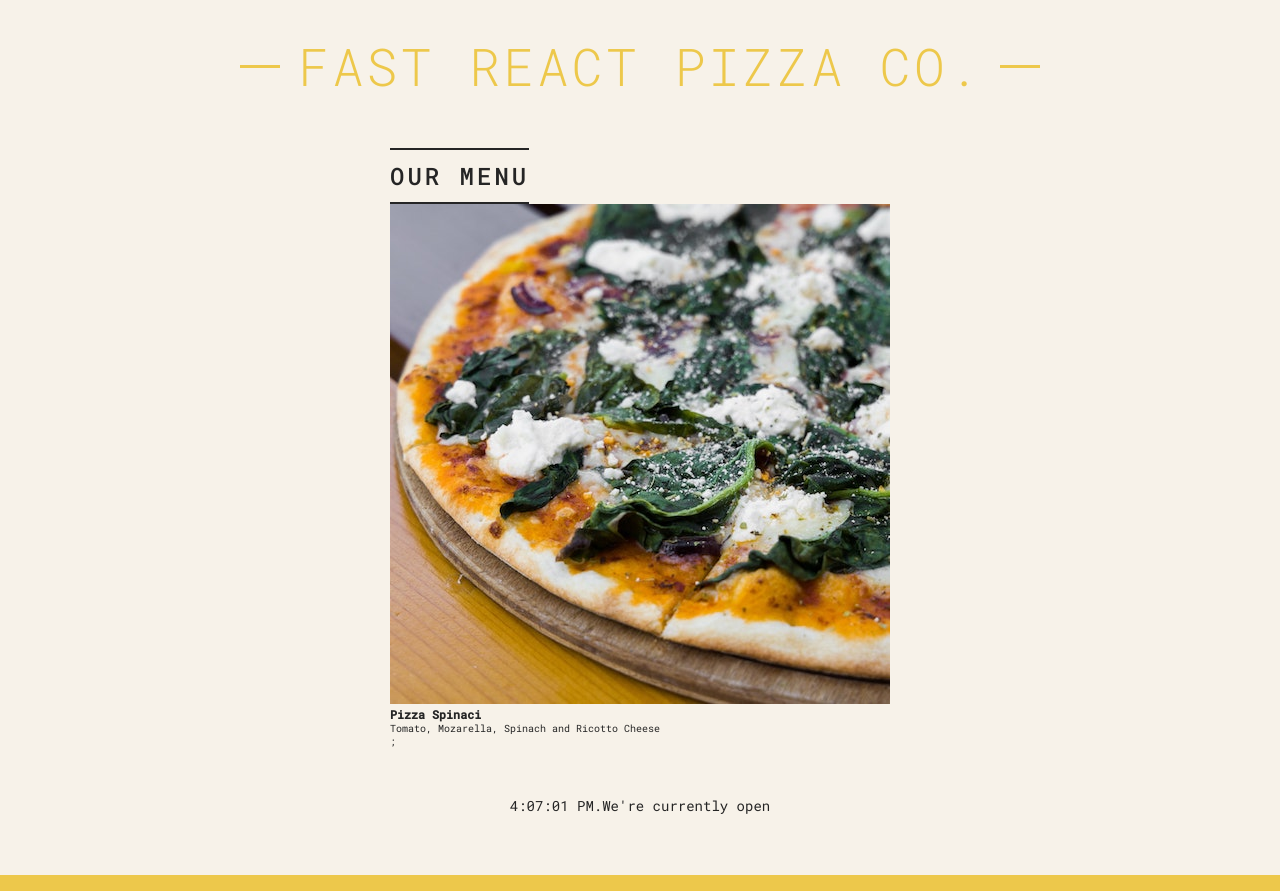
Repository: Aaryan-Poria/pizza-menu
Page: /
An editor plug-in stored every save of this project. The page is shown before and after the next save, followed by the edit.
The browser window is 1280 px wide. The pictures show the whole page.
The project was rebuilt for these pictures with package versions that can differ from the ones it lists, and the page was loaded fresh each time.

Above is the page before, as saved 2023-10-10 21:31:47.

### src/index.js
import React from "react";
import ReactDOM from "react-dom/client";
import "./index.css";

const pizzaData = [
  {
    name: "Focaccia",
    ingredients: "Bread with italian olive oil and rosemary",
    price: 6,
    photoName: "pizzas/focaccia.jpg",
    soldOut: false,
  },
  {
    name: "Pizza Margherita",
    ingredients: "Tomato and mozarella",
    price: 10,
    photoName: "pizzas/margherita.jpg",
    soldOut: false,
  },
  {
    name: "Pizza Spinaci",
    ingredients: "Tomato, mozarella, spinach, and ricotta cheese",
    price: 12,
    photoName: "pizzas/spinaci.jpg",
    soldOut: false,
  },
  {
    name: "Pizza Funghi",
    ingredients: "Tomato, mozarella, mushrooms, and onion",
    price: 12,
    photoName: "pizzas/funghi.jpg",
    soldOut: false,
  },
  {
    name: "Pizza Salamino",
    ingredients: "Tomato, mozarella, and pepperoni",
    price: 15,
    photoName: "pizzas/salamino.jpg",
    soldOut: true,
  },
  {
    name: "Pizza Prosciutto",
    ingredients: "Tomato, mozarella, ham, aragula, and burrata cheese",
    price: 18,
    photoName: "pizzas/prosciutto.jpg",
    soldOut: false,
  },
];

function App() {
  return (
    <div className="container">
      <Header />
      <Menu />
      <Footer />
    </div>
  );
}

function Header() {
  const style = {}; // A JS Object
  return (
    <header className="header">
      <h1 style={style}>Fast React Pizza Co.</h1>
    </header>
  ); // CSS in JSX is an object. We have another {} to basically enter JS Mode
}
function Menu() {
  return (
    <main className="menu">
      <div>
        <h2> Our Menu</h2>
        <Pizza
          name="Pizza Spinaci"
          ingredients="Tomato, Mozarella, Spinach and
        Ricotto Cheese"
          photoName="pizzas/spinaci.jpg"
          price="10"
        />
      </div>
    </main>
  );
}

function Pizza(props) {
  // Receiving props (Properties in function)
  console.log(props);
  return (
    <div>
      <img src={props.photoName} alt={props.name}></img>
      <h3>{props.name}</h3>
      <p>{props.ingredients}</p>;
    </div>
  );
}

function Footer() {
  const hour = new Date().getHours();
  const openingHour = 8;
  const closingHour = 23;

  const isOpen = hour >= openingHour && hour <= closingHour;
  console.log(isOpen);

  return (
    <footer className="footer">
      {new Date().toLocaleTimeString()}.We're currently open
    </footer>
  );
}

// React Version 18 and further
const root = ReactDOM.createRoot(document.getElementById("root"));
root.render(
  <React.StrictMode>
    <App />
  </React.StrictMode>
);

Loaded but not shown: public/index.html (common file); src/index.css (common file)

After the next save:
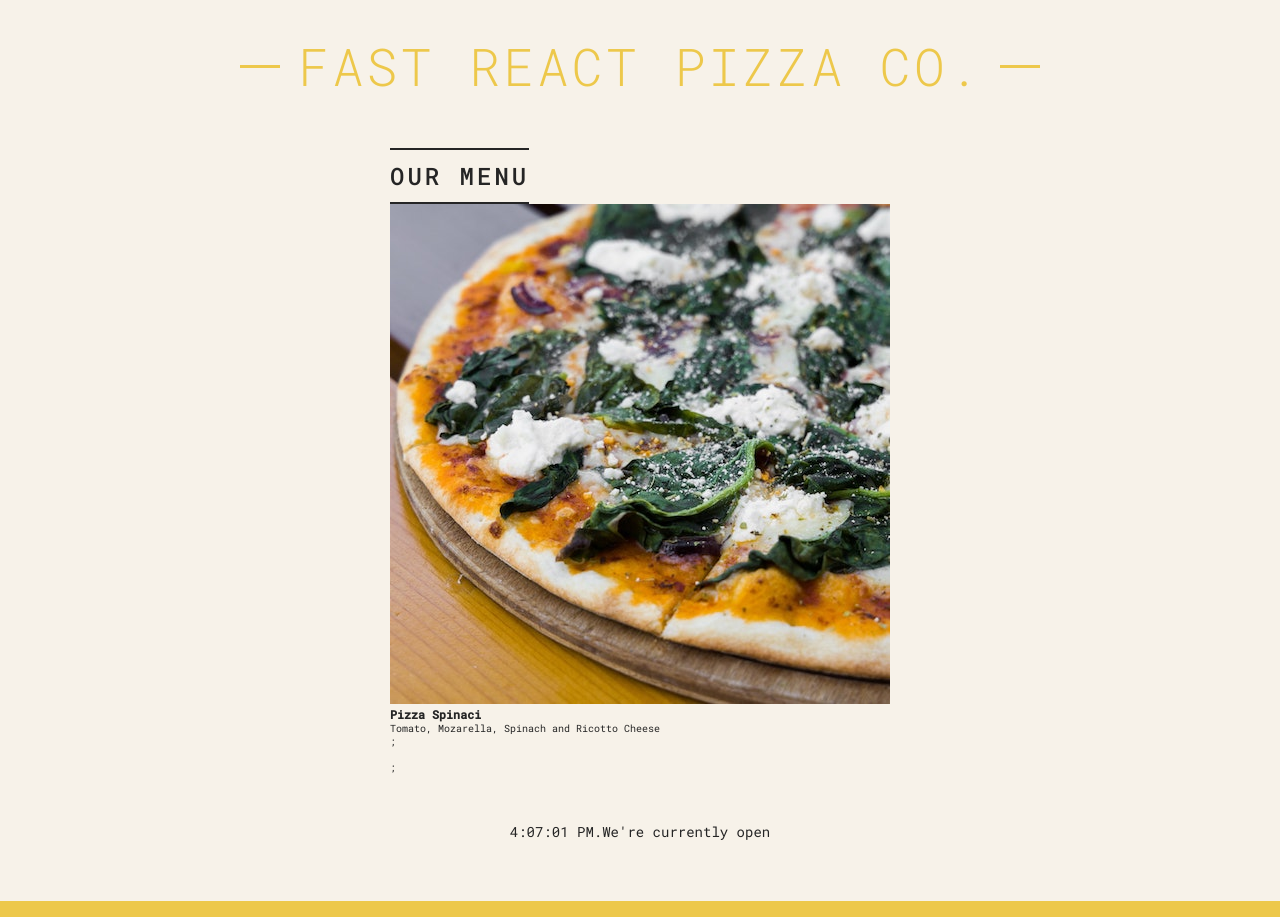
Saved 46 s later.
--- a/src/index.js
+++ b/src/index.js
@@ -77,6 +77,7 @@ function Menu() {
           photoName="pizzas/spinaci.jpg"
           price="10"
         />
+        <Pizza />
       </div>
     </main>
   );
